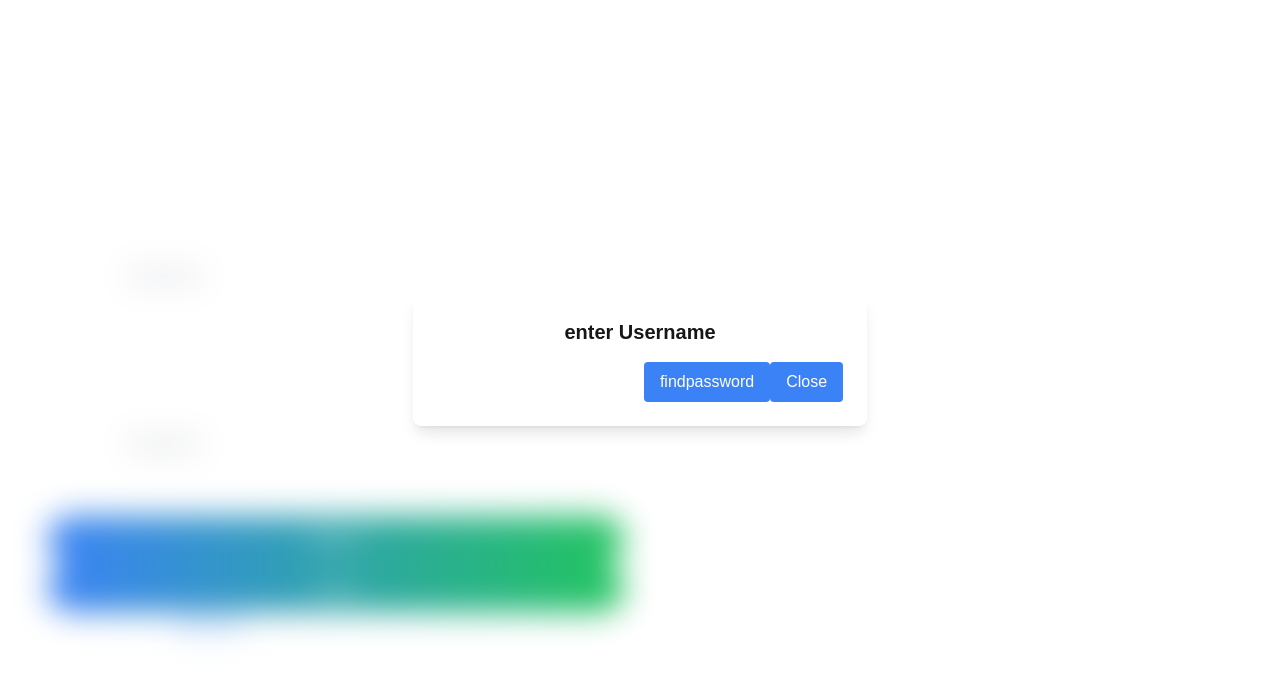
Repository: oxniw/usingmoney
Page: /signin, after clicking the first element matching `span.text-blue-500`
The author's editor kept a copy of each file at every save. The page is drawn from the files as they stood at one save, then again after the next save.
The browser window is 1280 px wide. The pictures show the whole page.
The project was rebuilt for these pictures with package versions that can differ from the ones it lists, and the page was loaded fresh each time. The framework's server and built-in components were replaced by stand-ins that run in the browser. Also part of the build but not shown: next.config.ts. Imported but missing from the stored project, and not drawn on this page: components/ui/wavy-background.

Above is the page before, as saved 2025-04-09 18:55:46.

After the next save:
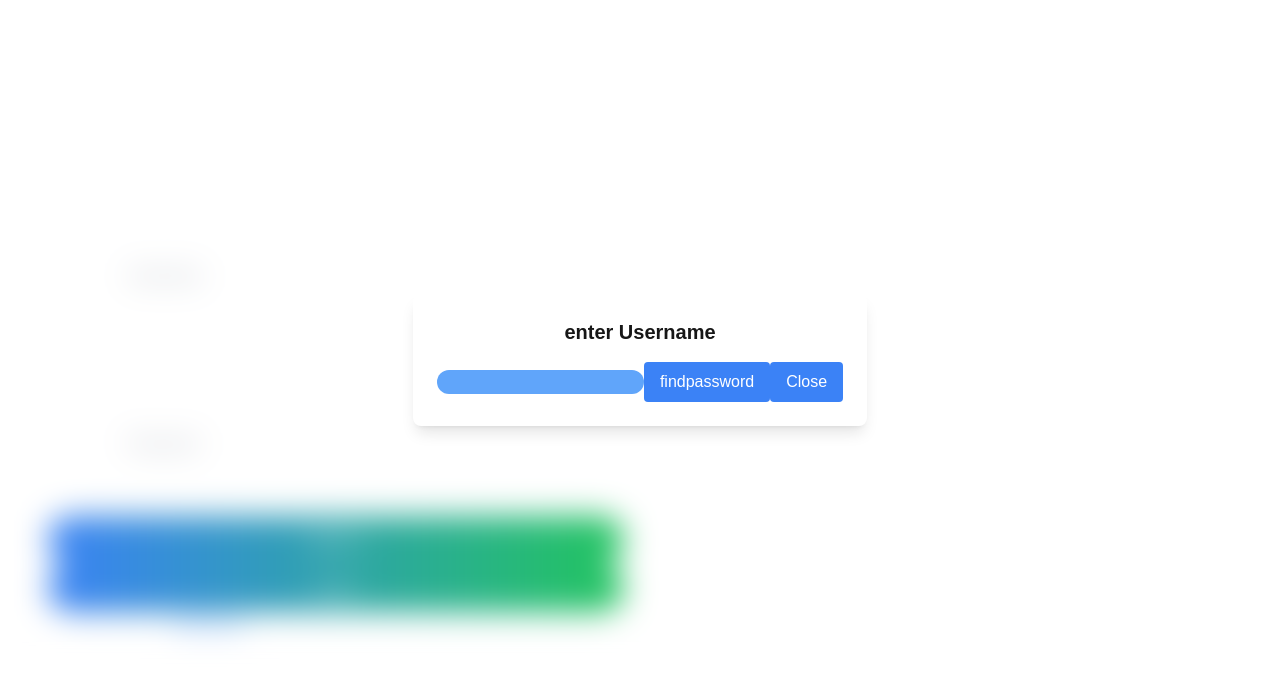
Saved 21 s later.
--- a/src/app/signin/opop.jsx
+++ b/src/app/signin/opop.jsx
@@ -19,7 +19,7 @@ function opoup({ onClose }) {
     <div className={`fixed inset-0 flex items-center justify-center z-50 shadow-lg bg-gradient-to-r bg-opacity-10 backdrop-blur-lg transition-all duration-300 fadein ${fadeOut ? "opacity-0" : "opacity-100"} `}>
       <div className="bg-white p-6 rounded-lg shadow-lg text-center">
         <h2 className="text-xl font-bold mb-4">enter Username</h2>
-        <input type="text" className="bg-black-200 rounded-xl"/>
+        <input type="text" className="bg-blue-400 rounded-xl"/>
         <button
           onClick={handleClick}
           className="bg-blue-500 text-white px-4 py-2 rounded hover:bg-blue-600"
